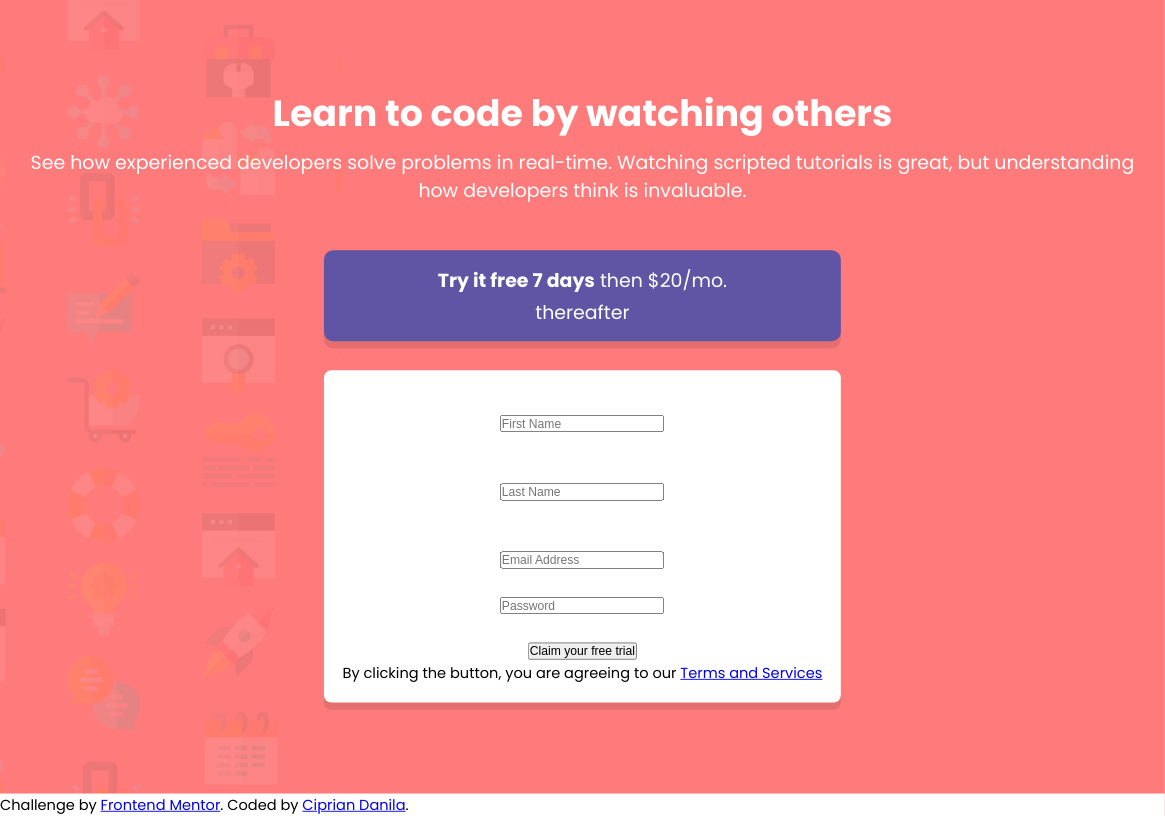
Repository: cipdanila/intro-component-with-sign-up-form
Page: index.html
An editor plug-in stored every save of this project. The page is shown before and after the next save, followed by the edit.
The browser window is 1280 px wide. The pictures show the whole page, at 91% of full size.

Above is the page before, as saved 2024-02-14 20:38:37.

After the next save:
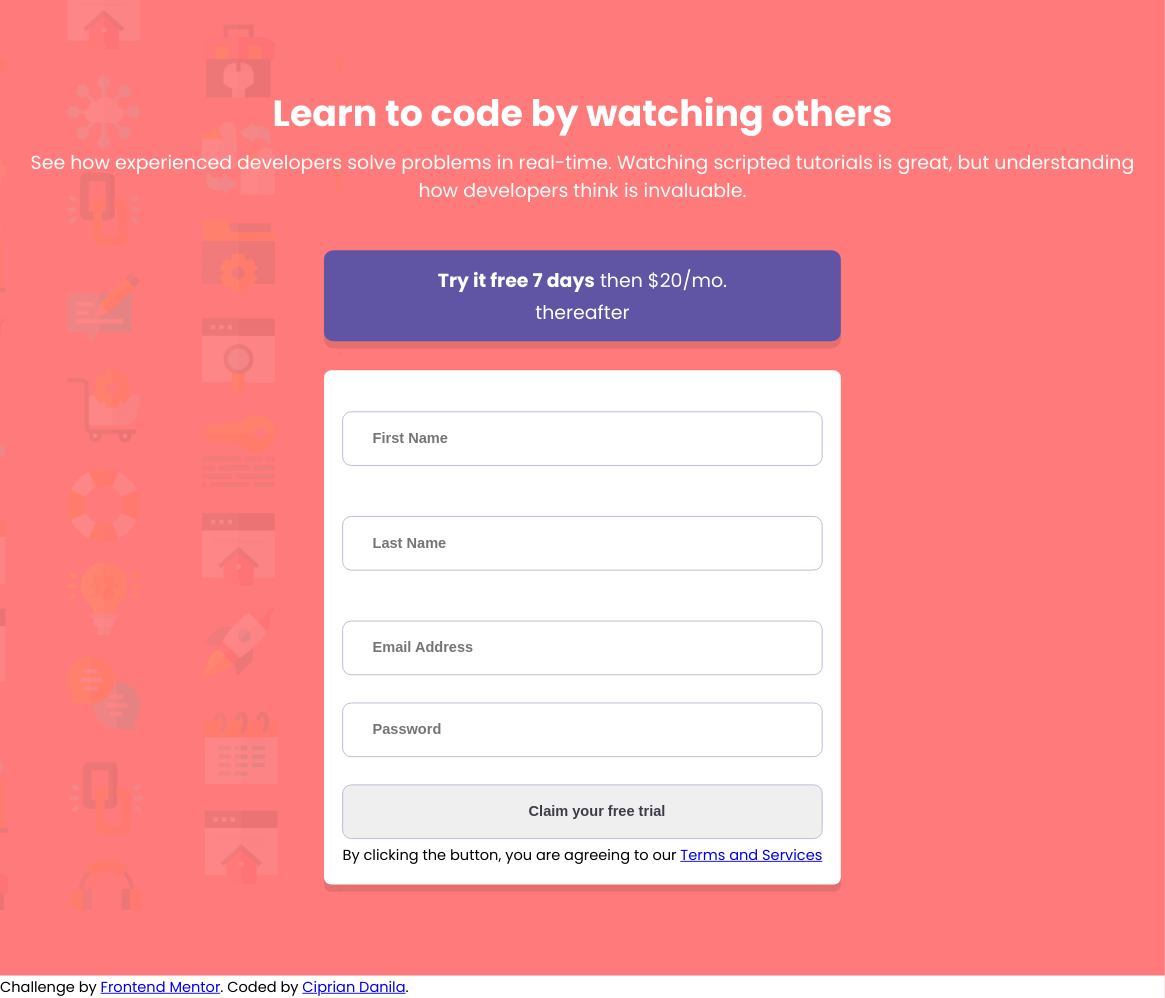
Saved 8 s later.
--- a/css/styles.css
+++ b/css/styles.css
@@ -116,7 +116,7 @@
 }
 
 .form-container input,
-.form-container button[type="button"], {
+.form-container button[type="submit"] {
     width: 100%;
     height: 60px;
     margin-bottom: 0.313rem;
